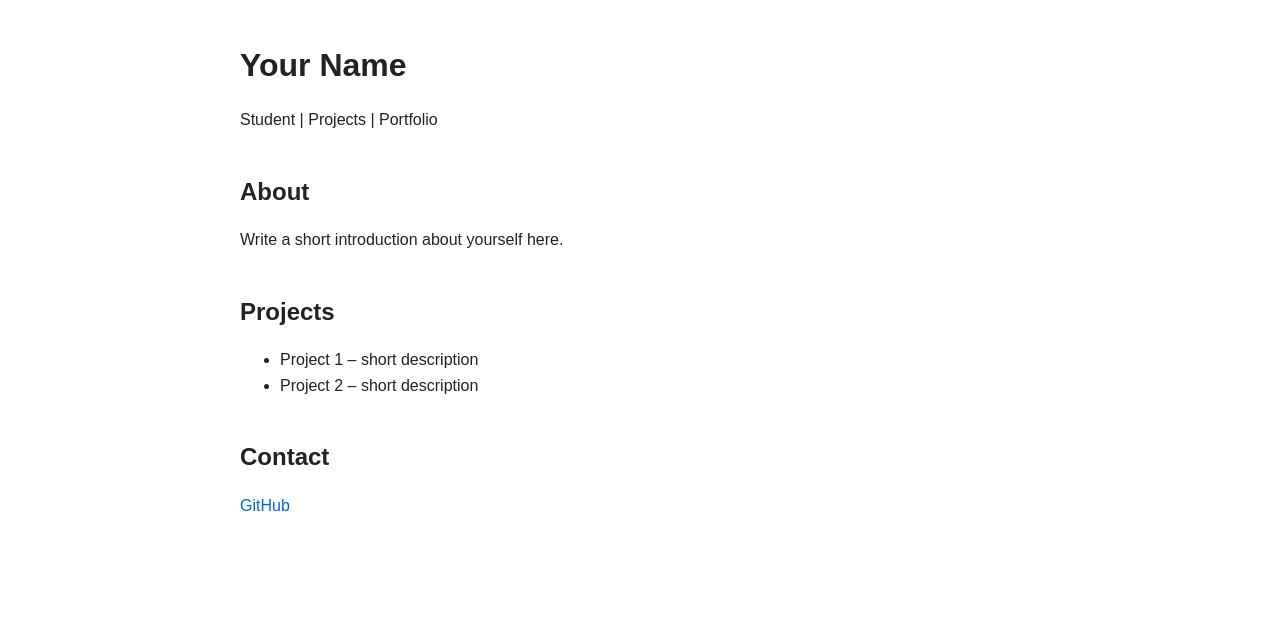
Repository: xitisch/xitisch.github.io
Page: index.html
These files come from the project's save history. The page is drawn as it stood at one moment and after the next save; the edit follows.
The browser window is 1280 px wide. The pictures show the whole page.

Above is the page before, as saved 2026-04-21 20:58:38.

### index.html
<!doctype html>
<html lang="en">
<head>
  <meta charset="UTF-8">
  <meta name="viewport" content="width=device-width, initial-scale=1.0">
  <title>Your Name</title>
  <style>
    body {
      font-family: Arial, sans-serif;
      max-width: 800px;
      margin: 40px auto;
      padding: 0 20px;
      line-height: 1.6;
      color: #222;
    }
    h1, h2 { margin-bottom: 0.3em; }
    .section { margin-top: 40px; }
    a { color: #0366d6; text-decoration: none; }
    a:hover { text-decoration: underline; }
  </style>
</head>
<body>
  <h1>Your Name</h1>
  <p>Student | Projects | Portfolio</p>

  <div class="section">
    <h2>About</h2>
    <p>Write a short introduction about yourself here.</p>
  </div>

  <div class="section">
    <h2>Projects</h2>
    <ul>
      <li>Project 1 – short description</li>
      <li>Project 2 – short description</li>
    </ul>
  </div>

  <div class="section">
    <h2>Contact</h2>
    <p><a href="https://github.com/yourusername">GitHub</a></p>
  </div>
</body>
</html>

After the next save:
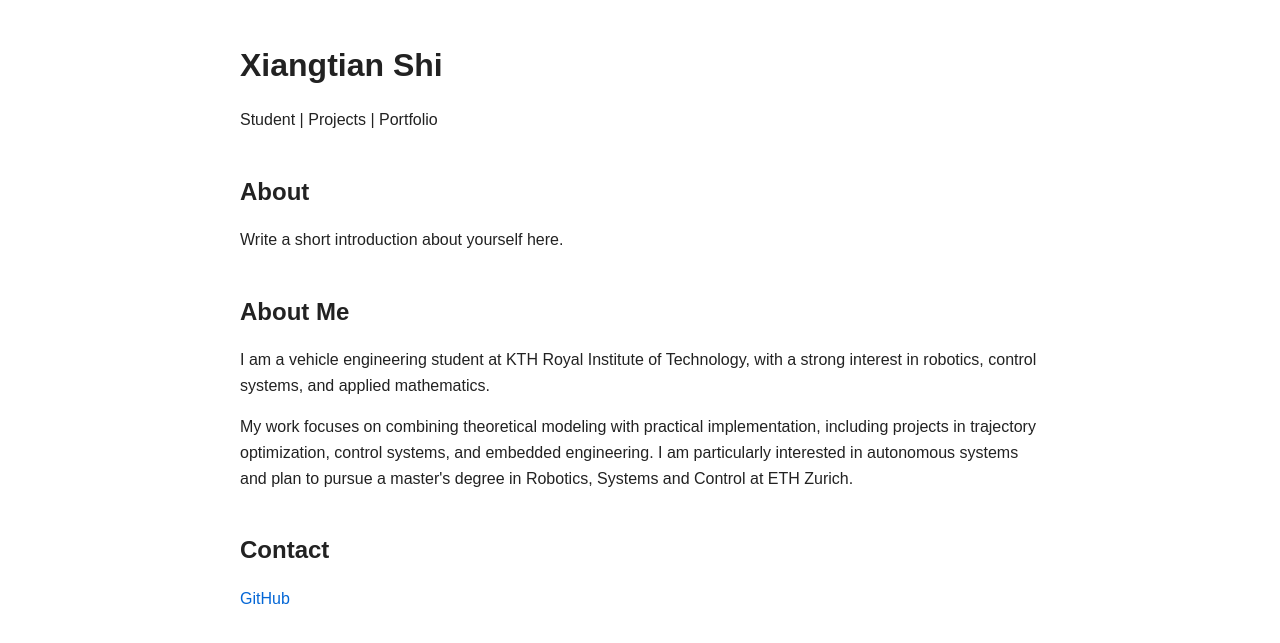
Saved 65 min 35 s later.
--- a/index.html
+++ b/index.html
@@ -20,7 +20,7 @@
   </style>
 </head>
 <body>
-  <h1>Your Name</h1>
+  <h1>Xiangtian Shi</h1>
   <p>Student | Projects | Portfolio</p>
 
   <div class="section">
@@ -29,11 +29,18 @@
   </div>
 
   <div class="section">
-    <h2>Projects</h2>
-    <ul>
-      <li>Project 1 – short description</li>
-      <li>Project 2 – short description</li>
-    </ul>
+    <h2>About Me</h2>
+    <p>
+      I am a vehicle engineering student at KTH Royal Institute of Technology,
+      with a strong interest in robotics, control systems, and applied mathematics.
+    <p>
+      My work focuses on combining theoretical modeling with practical
+      implementation, including projects in trajectory optimization, control
+      systems, and embedded engineering. I am particularly interested in
+      autonomous systems and plan to pursue a master's degree in Robotics,
+      Systems and Control at ETH Zurich.
+    </p>
+
   </div>
 
   <div class="section">
